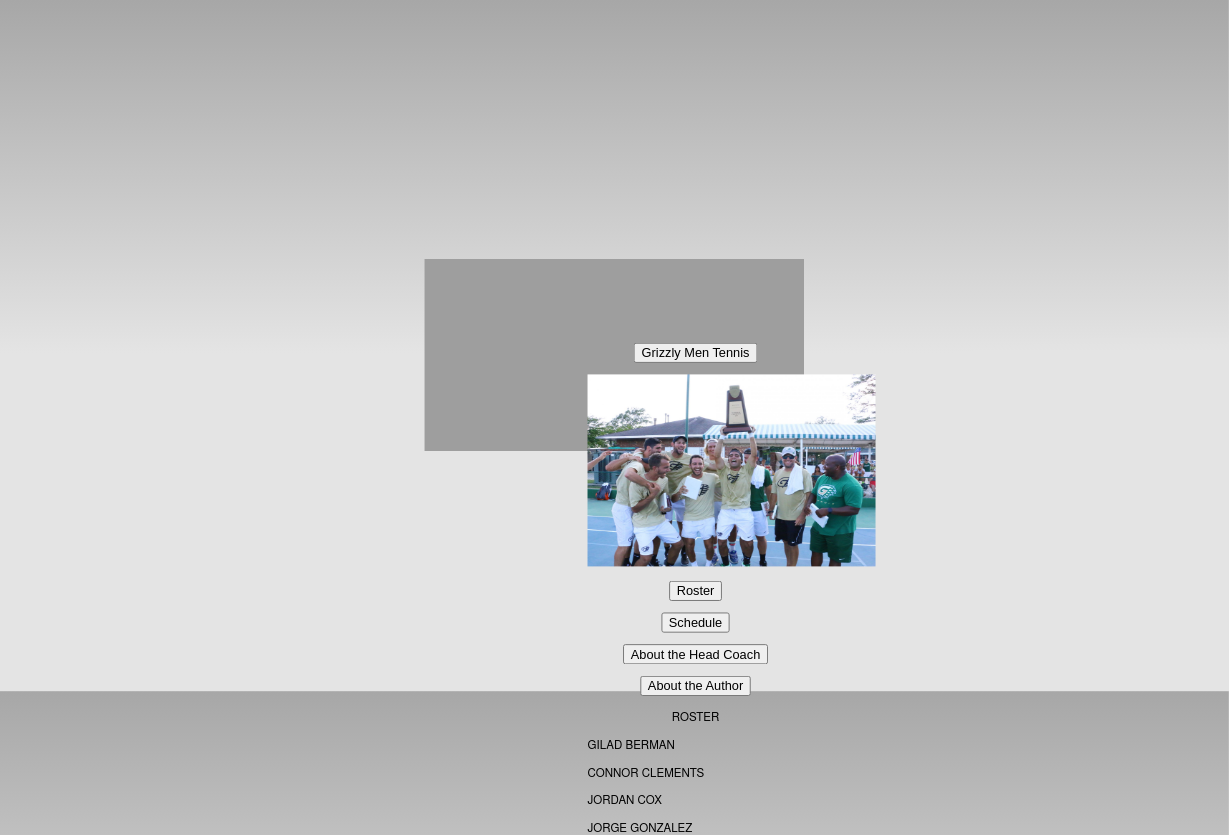
Repository: qtran3/itec4550
Page: EXAM1/TennisAppWebView/index.html
These files come from the project's save history. The page is drawn as it stood at one moment and after the next save; the edit follows.
The browser window is 1280 px wide. The pictures show the whole page, at 96% of full size.
Pictures or frames that could not be fetched are drawn as grey boxes. Backgrounds fixed to the window are drawn as part of the page.

Above is the page before, as saved 2016-06-01 16:15:41.

### EXAM1/TennisAppWebView/index.html
<!DOCTYPE html>
<!--
    Licensed to the Apache Software Foundation (ASF) under one
    or more contributor license agreements.  See the NOTICE file
    distributed with this work for additional information
    regarding copyright ownership.  The ASF licenses this file
    to you under the Apache License, Version 2.0 (the
    "License"); you may not use this file except in compliance
    with the License.  You may obtain a copy of the License at

    http://www.apache.org/licenses/LICENSE-2.0

    Unless required by applicable law or agreed to in writing,
    software distributed under the License is distributed on an
    "AS IS" BASIS, WITHOUT WARRANTIES OR CONDITIONS OF ANY
     KIND, either express or implied.  See the License for the
    specific language governing permissions and limitations
    under the License.
-->
<html>
    <head>
        <!--
        Customize this policy to fit your own app's needs. For more guidance, see:
            https://github.com/apache/cordova-plugin-whitelist/blob/master/README.md#content-security-policy
        Some notes:
            * gap: is required only on iOS (when using UIWebView) and is needed for JS->native communication
            * https://ssl.gstatic.com is required only on Android and is needed for TalkBack to function properly
            * Disables use of inline scripts in order to mitigate risk of XSS vulnerabilities. To change this:
                * Enable inline JS: add 'unsafe-inline' to default-src
        -->
        <meta http-equiv="Content-Security-Policy" content="default-src 'self' data: gap: https://ssl.gstatic.com 'unsafe-eval'; style-src 'self' 'unsafe-inline'; media-src *">
        <meta name="format-detection" content="telephone=no">
        <meta name="msapplication-tap-highlight" content="no">
        <meta name="viewport" content="user-scalable=no, initial-scale=1, maximum-scale=1, minimum-scale=1, width=device-width">
        <link rel="stylesheet" type="text/css" href="css/index.css">
        <title>Grizzly Men Tennis</title>
    </head>
    <body>
        <div class="app">
        	<div id="mainPage" align="center">
            	<p> <button id="homePagebuutton">Grizzly Men Tennis</button></p>
				<p>
				  <img src="img/Tennis-10.jpg" height="200px" width="300px" />
				</p>
				<p>
					<button id="rosterButton">Roster</button>
				</p>
				<p>
					<button id="scheduleButton">Schedule</button>
				</p>
				<p>
					<button id="coachButton">About the Head Coach</button>
				</p>
				<p>
					<button id="authorButton">About the Author</button>
				</p>
			</div>

			<div id="rosterPage">
				<p>Roster</p>
				<div align="left">
					<p>Gilad Berman</p>
					<p>Connor Clements</p>
					<p>Jordan Cox</p>
					<p>Jorge Gonzalez</p>

				</div>
            </div>

        </div>

<!--
        <script type="text/javascript" src="cordova.js"></script>
-->
        <script type="text/javascript" src="js/index.js"></script>
    </body>
</html>

### EXAM1/TennisAppWebView/css/index.css
/*
 * Licensed to the Apache Software Foundation (ASF) under one
 * or more contributor license agreements.  See the NOTICE file
 * distributed with this work for additional information
 * regarding copyright ownership.  The ASF licenses this file
 * to you under the Apache License, Version 2.0 (the
 * "License"); you may not use this file except in compliance
 * with the License.  You may obtain a copy of the License at
 *
 * http://www.apache.org/licenses/LICENSE-2.0
 *
 * Unless required by applicable law or agreed to in writing,
 * software distributed under the License is distributed on an
 * "AS IS" BASIS, WITHOUT WARRANTIES OR CONDITIONS OF ANY
 * KIND, either express or implied.  See the License for the
 * specific language governing permissions and limitations
 * under the License.
 */
* {
    -webkit-tap-highlight-color: rgba(0,0,0,0); /* make transparent link selection, adjust last value opacity 0 to 1.0 */
}

body {
    -webkit-touch-callout: none;                /* prevent callout to copy image, etc when tap to hold */
    -webkit-text-size-adjust: none;             /* prevent webkit from resizing text to fit */
    -webkit-user-select: none;                  /* prevent copy paste, to allow, change 'none' to 'text' */
    background-color:#E4E4E4;
    background-image:linear-gradient(top, #A7A7A7 0%, #E4E4E4 51%);
    background-image:-webkit-linear-gradient(top, #A7A7A7 0%, #E4E4E4 51%);
    background-image:-ms-linear-gradient(top, #A7A7A7 0%, #E4E4E4 51%);
    background-image:-webkit-gradient(
        linear,
        left top,
        left bottom,
        color-stop(0, #A7A7A7),
        color-stop(0.51, #E4E4E4)
    );
    background-attachment:fixed;
    font-family:'HelveticaNeue-Light', 'HelveticaNeue', Helvetica, Arial, sans-serif;
    font-size:12px;
    height:100%;
    margin:0px;
    padding:0px;
    text-transform:uppercase;
    width:100%;
}

/* Portrait layout (default) */
.app {
    background:url(../img/logo.png) no-repeat center top; /* 170px x 200px */
    position:absolute;             /* position in the center of the screen */
    left:50%;
    top:50%;
    height:50px;                   /* text area height */
    width:225px;                   /* text area width */
    text-align:center;
    padding:180px 0px 0px 0px;     /* image height is 200px (bottom 20px are overlapped with text) */
    margin:-115px 0px 0px -112px;  /* offset vertical: half of image height and text area height */
                                   /* offset horizontal: half of text area width */
}

/* Landscape layout (with min-width) */
@media screen and (min-aspect-ratio: 1/1) and (min-width:400px) {
    .app {
        background-position:left center;
        padding:75px 0px 75px 170px;  /* padding-top + padding-bottom + text area = image height */
        margin:-90px 0px 0px -198px;  /* offset vertical: half of image height */
                                      /* offset horizontal: half of image width and text area width */
    }
}

h1 {
    font-size:24px;
    font-weight:normal;
    margin:0px;
    overflow:visible;
    padding:0px;
    text-align:center;
}

.event {
    border-radius:4px;
    -webkit-border-radius:4px;
    color:#FFFFFF;
    font-size:12px;
    margin:0px 30px;
    padding:2px 0px;
}

.event.listening {
    background-color:#333333;
    display:block;
}

.event.received {
    background-color:#4B946A;
    display:none;
}

@keyframes fade {
    from { opacity: 1.0; }
    50% { opacity: 0.4; }
    to { opacity: 1.0; }
}

@-webkit-keyframes fade {
    from { opacity: 1.0; }
    50% { opacity: 0.4; }
    to { opacity: 1.0; }
}

.blink {
    animation:fade 3000ms infinite;
    -webkit-animation:fade 3000ms infinite;
}

Loaded but not shown: EXAM1/TennisAppWebView/js/index.js (common file)

After the next save:
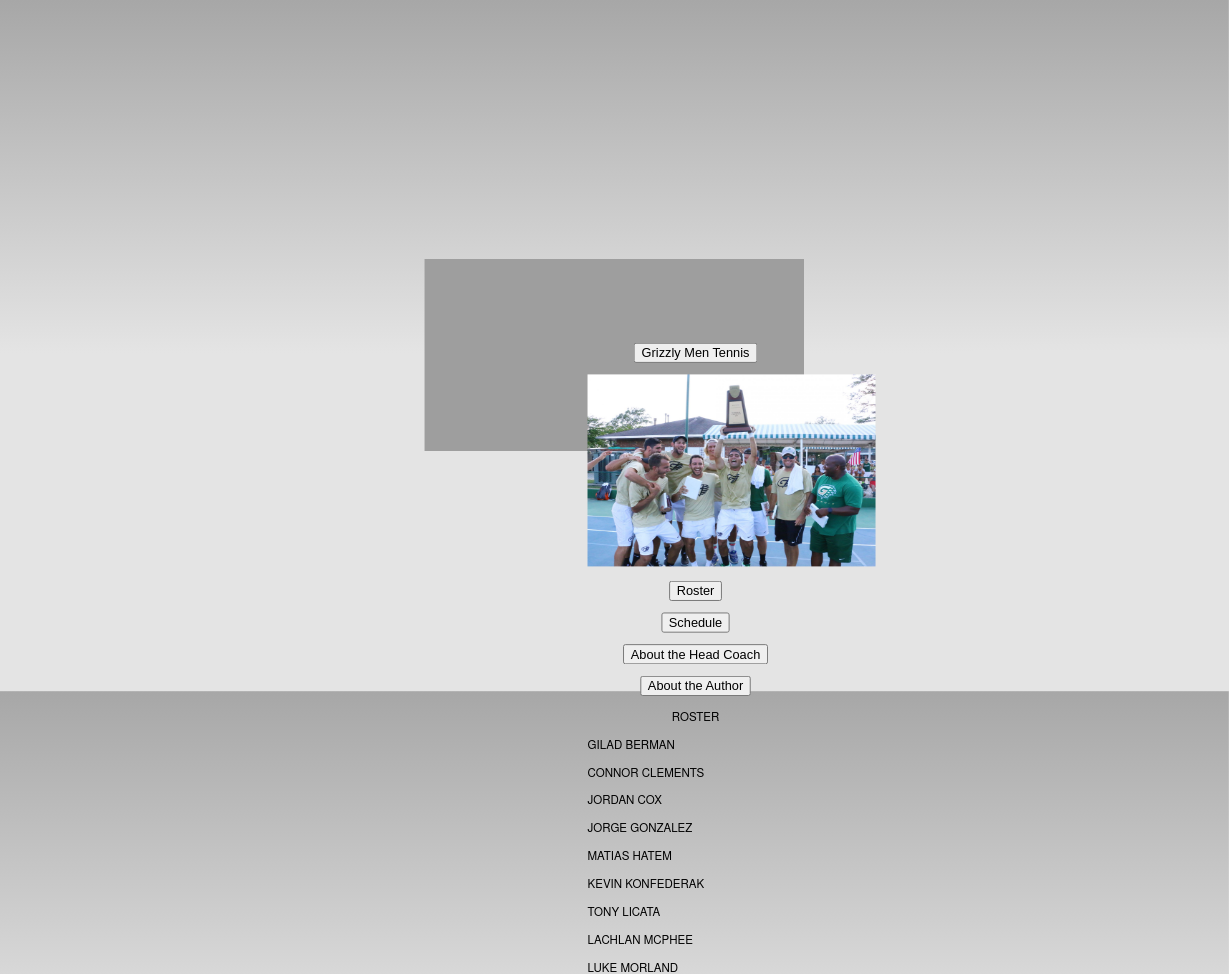
Saved 2 min 6 s later.
--- a/EXAM1/TennisAppWebView/index.html
+++ b/EXAM1/TennisAppWebView/index.html
@@ -63,7 +63,11 @@
 					<p>Connor Clements</p>
 					<p>Jordan Cox</p>
 					<p>Jorge Gonzalez</p>
-
+					<p>Matias Hatem</p>
+					<p>Kevin Konfederak</p>
+					<p>Tony Licata</p>
+					<p>Lachlan McPhee</p>
+					<p>Luke Morland</p>
 				</div>
             </div>
 
